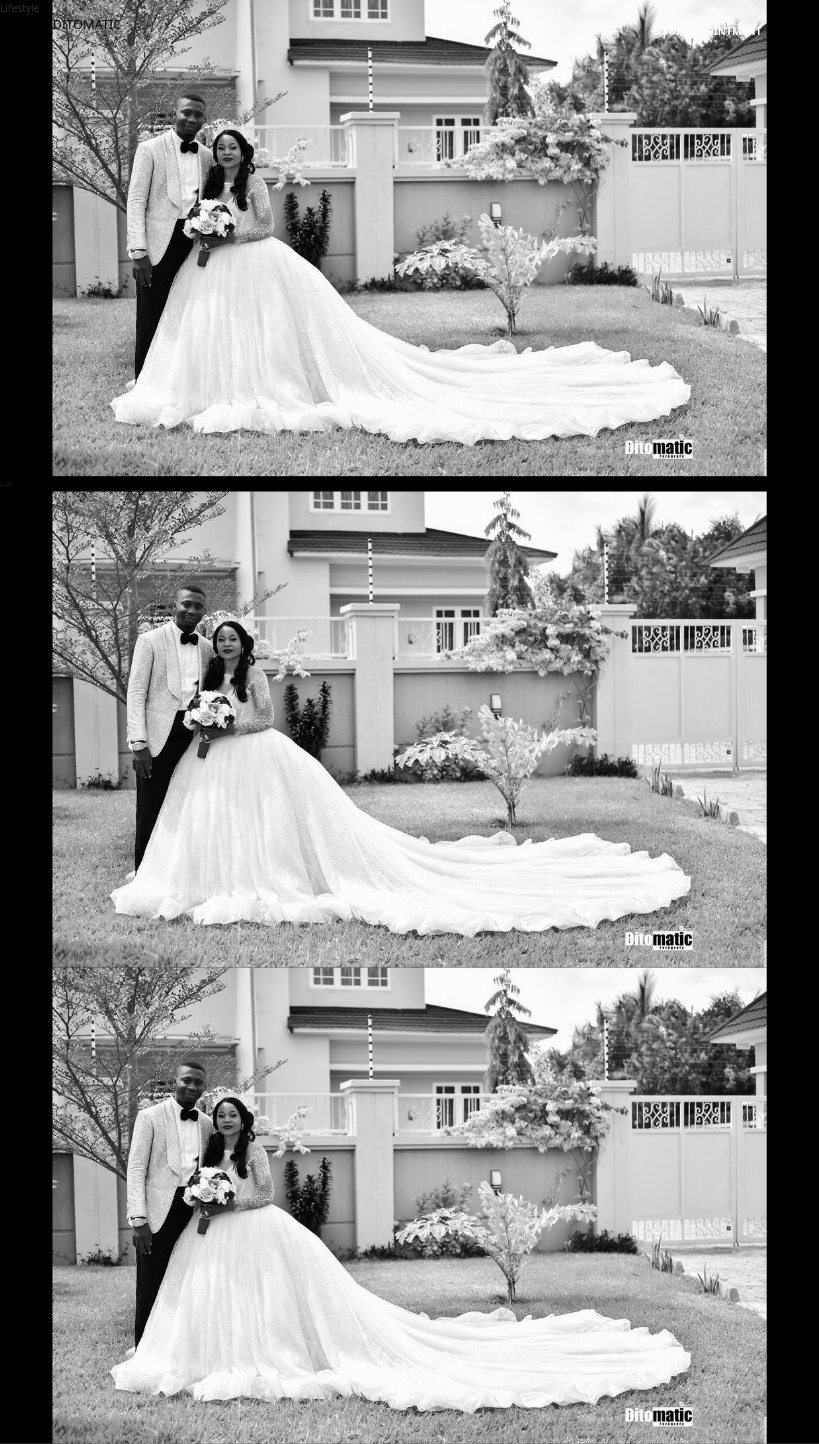
Repository: latenightsnacc/Ditomatic-Demo
Page: ditomatic.html
The author's editor kept a copy of each file at every save. The page is drawn from the files as they stood at one save, then again after the next save.
The browser window is 1280 px wide. The pictures show the whole page, at 64% of full size.
Some web libraries are served in a nearby version.

Above is the page before, as saved 2021-02-23 18:01:10.
Console error: TypeError: Cannot read properties of null (reading 'addEventListener')

After the next save:
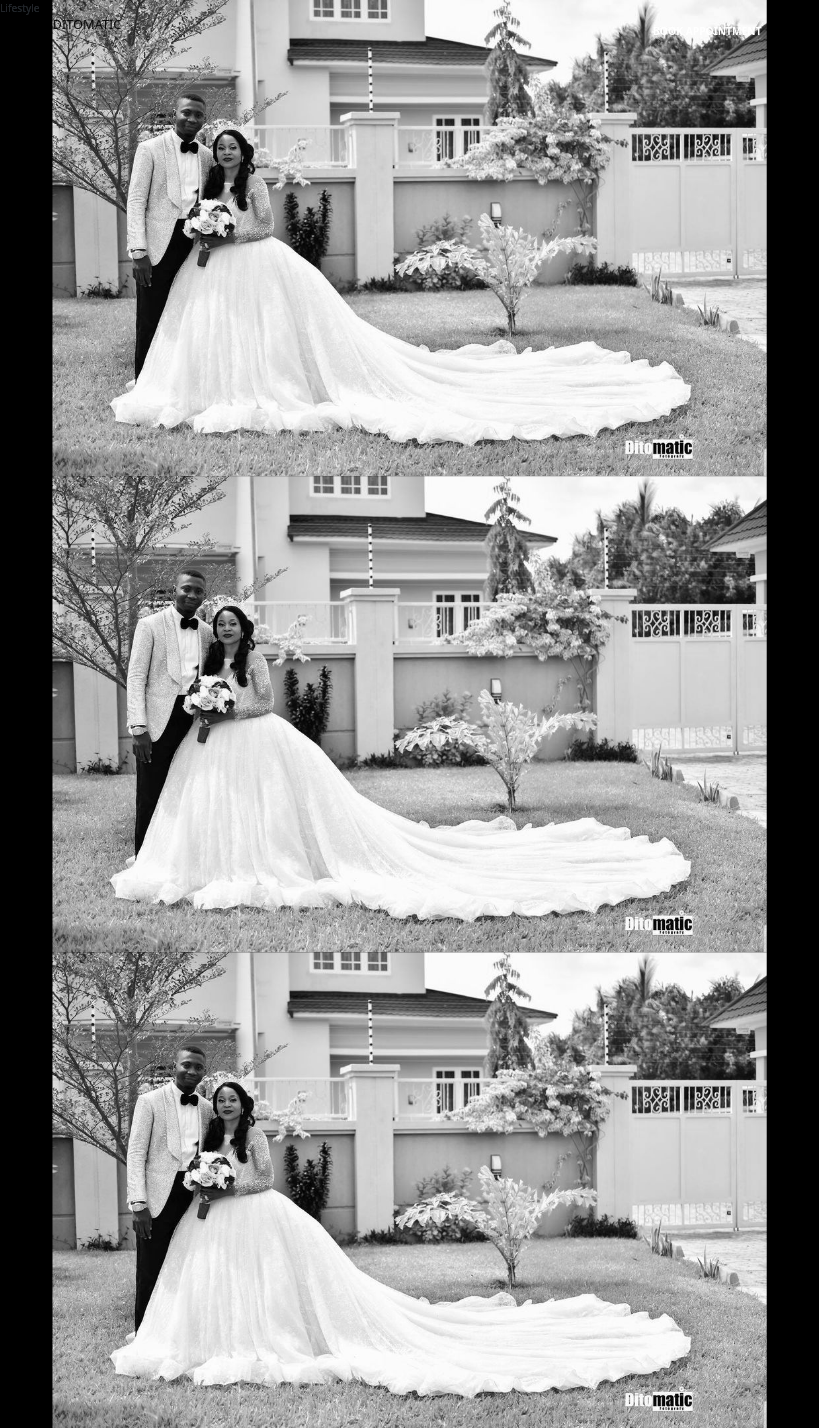
Saved 25 s later.
--- a/ditomatic.html
+++ b/ditomatic.html
@@ -43,7 +43,7 @@
                     <div>Lifestyle</div>
                 </div>
             </div>
-        </section> -->
+        </section>
         <!--End of Event-->
         <!--Lifestyle-->
         <section class="min-h-screen">
